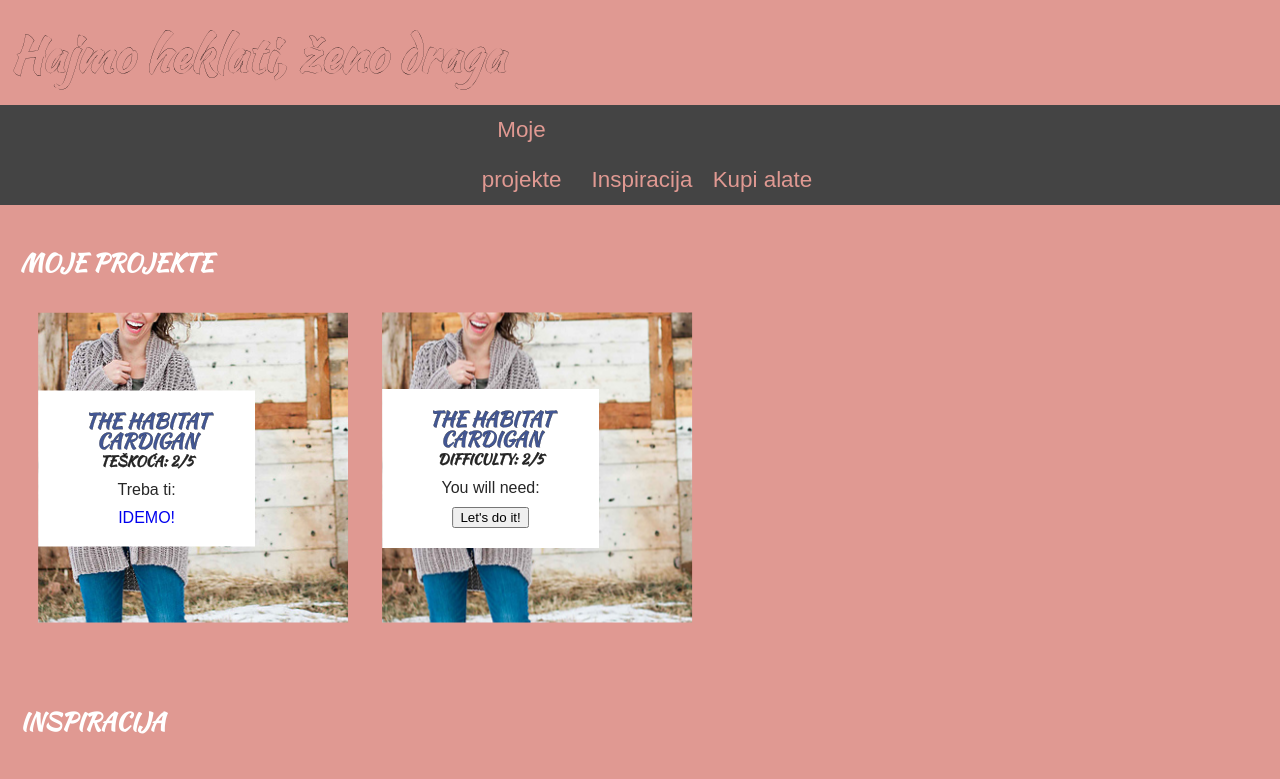
Repository: sdnc/Heklamo
Page: index.html
An editor plug-in stored every save of this project. The page is shown before and after the next save, followed by the edit.
The browser window is 1280 px wide. The pictures show the whole page.

Above is the page before, as saved 2020-12-24 15:16:46.
Console error: ReferenceError: $ is not defined

After the next save:
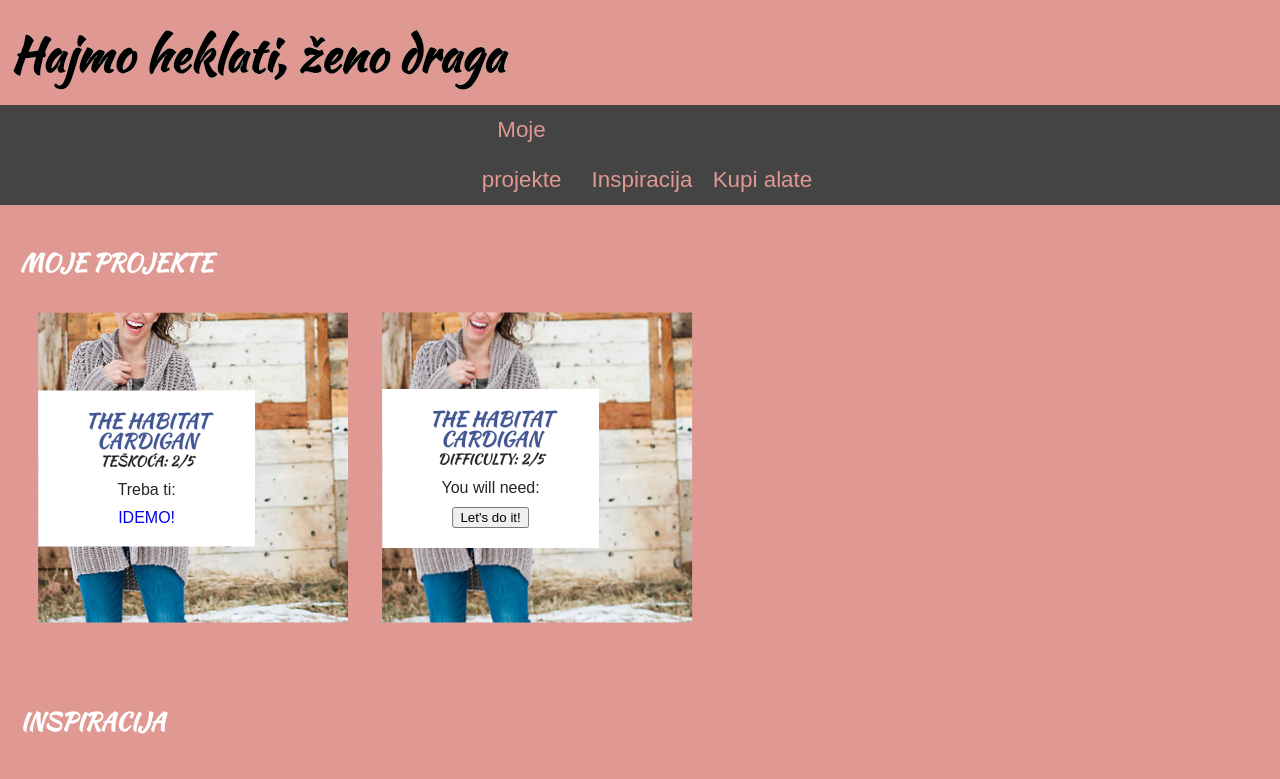
Saved 8 s later.
--- a/styles.css
+++ b/styles.css
@@ -13,8 +13,8 @@ h1 {
   font-family: "Kaushan Script", sans-serif;
   font-size: 48;
   margin: 20px 0 15px 10px;
-  color: #e09992;
-  -webkit-text-stroke: 0.2px black;
+  color: black;
+  -webkit-text-stroke: 0.2px white;
 }
 
 h3 {
